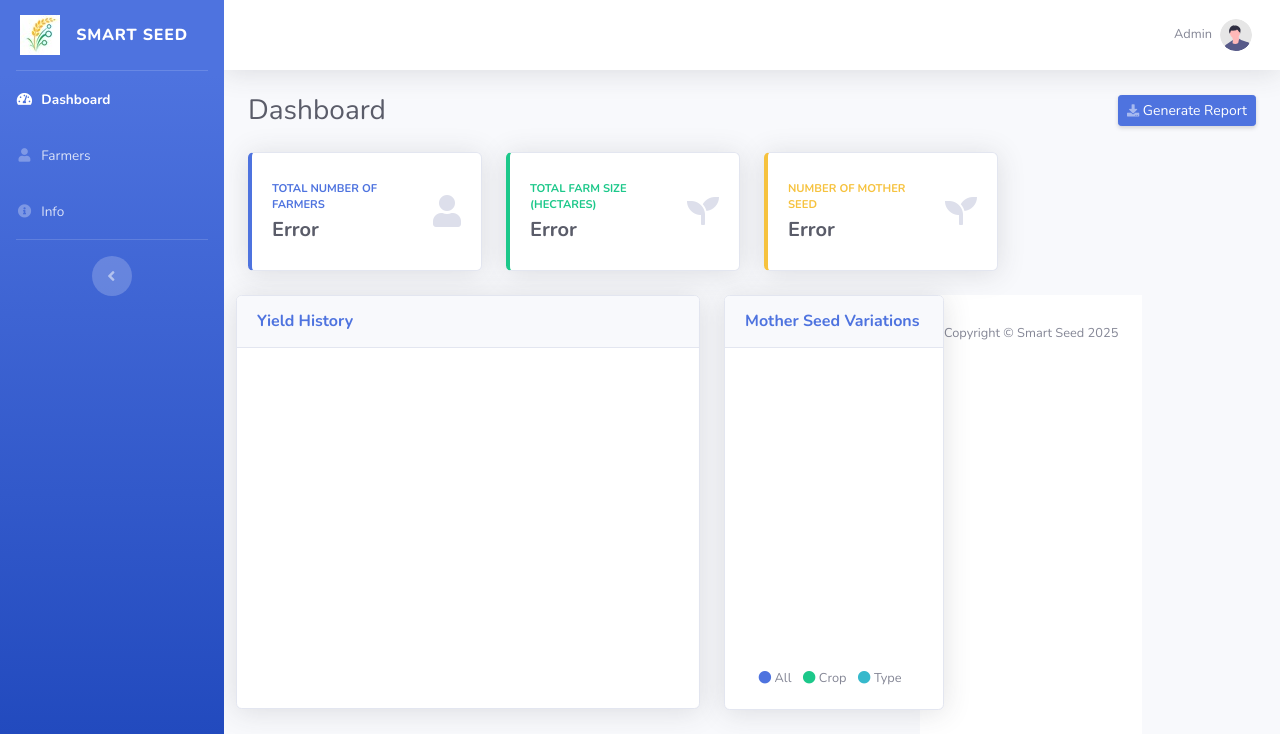
Repository: IFoundGeorge/Smart-Seed-v8-master
Page: src/guest/index.html
The author's editor kept a copy of each file at every save. The page is drawn from the files as they stood at one save, then again after the next save.
The browser window is 1280 px wide. The pictures show the whole page.
The page's requests for data from a server got no answer.

Above is the page before, as saved 2025-03-17 23:50:09.

After the next save:
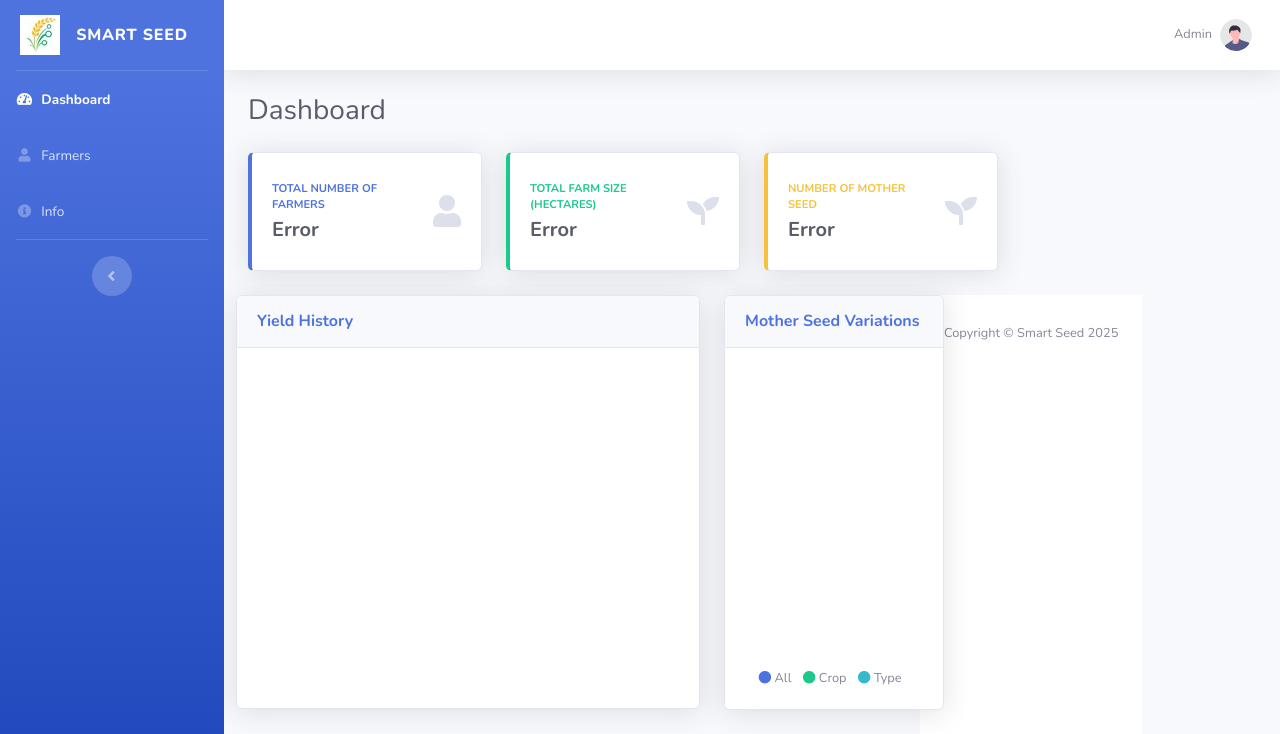
Saved 55 s later.
--- a/src/guest/index.html
+++ b/src/guest/index.html
@@ -203,8 +203,6 @@
                     <!-- Page Heading -->
                     <div class="d-sm-flex align-items-center justify-content-between mb-4">
                         <h1 class="h3 mb-0 text-gray-800">Dashboard</h1>
-                        <a href="#" class="d-none d-sm-inline-block btn btn-sm btn-primary shadow-sm"><i
-                                class="fas fa-download fa-sm text-white-50"></i> Generate Report</a>
                     </div>
 
                     <!-- Content Row -->
